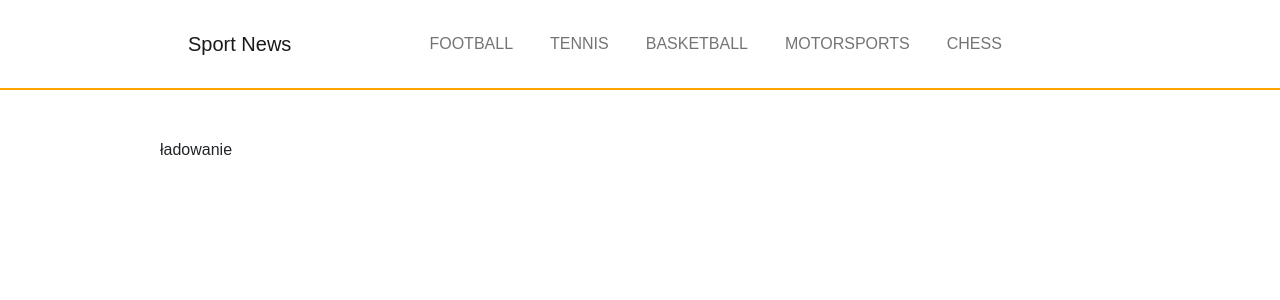
Repository: michalgornicki/sportnews
Page: /
These files come from the project's save history. The page is drawn as it stood at one moment and after the next save; the edit follows.
The browser window is 1280 px wide. The pictures show the whole page.
The page's requests for data from a server got no answer. The project was rebuilt for these pictures with package versions that can differ from the ones it lists, and the page was loaded fresh each time. No one was signed in, and anything a server would have sent is missing. Also part of the build but not shown: src/components/posts/Post.jsx.

Above is the page before, as saved 2022-03-02 08:38:59.

### src/App.jsx
import React, { useState, useEffect } from "react";
import { Route, HashRouter as Router, Routes } from "react-router-dom";
import "./App.scss";
import "bootstrap/dist/css/bootstrap.min.css";
import Navbar from "react-bootstrap/Navbar";
import Nav from "react-bootstrap/Nav";
import Container from "react-bootstrap/Container";
import Home from "./components/Home.jsx";
import Post from "./components//posts/Post.jsx";
import { Link } from "react-router-dom";


function App() {



    const [Posts, setPosts] = useState();
    const [Photos, setPhotos] = useState();
    const [Comments, setComments] = useState();

    useEffect(() => {
      fetch("https://jsonplaceholder.typicode.com/posts")
        .then((response) => response.json())
        .then((json) => setPosts(json));

      fetch("https://jsonplaceholder.typicode.com/photos")
        .then((response) => response.json())
        .then((json) => setPhotos(json));

        fetch("https://jsonplaceholder.typicode.com/comments")
        .then((response) => response.json())
        .then((json) => setComments(json));
    }, []);

  return (
    <Router>
      <>
        <Navbar className="navbar py-4" bg="white" expand="lg">
          <Container className="w-75 m-auto">
            <Link className="link" to="/">
            <Navbar.Brand className="px-3">
              Sport News
            </Navbar.Brand>
            </Link>
            <Navbar.Toggle aria-controls="basic-navbar-nav" />
            <Navbar.Collapse id="basic-navbar-nav">
              <Nav className="nav m-auto w-75 justify-content-between">
                <Nav.Link href="#link">FOOTBALL</Nav.Link>
                <Nav.Link href="#link">TENNIS</Nav.Link>
                <Nav.Link href="#link">BASKETBALL</Nav.Link>
                <Nav.Link href="#link">MOTORSPORTS</Nav.Link>
                <Nav.Link href="#link">CHESS</Nav.Link>
              </Nav>
            </Navbar.Collapse>
          </Container>
        </Navbar>

        <Routes>
          <Route path="/" element={<Home Posts={Posts} Photos={Photos} Comments={Comments} />} />
          <Route path="/posts/:id" element={<Post Posts={Posts} Photos={Photos} Comments={Comments} />} />
        </Routes>

      </>
    </Router>
  );
}

export default App;

### src/App.scss
$mainColor: black;
$secondaryColor: rgb(255, 255, 255);
$hoverColor: rgb(255, 161, 74);
$myFont: Arial, Helvetica, sans-serif;

body{
  font-family: $myFont!important;
}

.post:nth-child(7n-6) {
  width: 65%;
}

.post:nth-child(7n-5) {
  width: 32%;
}

.post:nth-child(7n-4) {
  width: 48%;
}

.post:nth-child(7n-3) {
  width: 48%;
}

.post {
  color: $mainColor;
  font-family: "Gill Sans", "Gill Sans MT", Calibri, "Trebuchet MS", sans-serif;
  width: 30%;
  cursor: pointer;
  margin-top: 1rem;
}

.post--hover:hover {
  color: $hoverColor;
}

.post__title {
  font-weight: 900;
  font-size: 1.5rem;
  text-transform: uppercase;
}

.post:nth-child(7n-6) .post__title {
  font-size: 3rem;
}

.post:nth-child(7n-6) .post__image, .post:nth-child(7n-5) .post__image, .post:nth-child(7n-4) .post__image, .post:nth-child(7n-3) .post__image {
  height: 450px;
}

.post__image {
  width: 100%;
  height: 250px;
}

.post__body {
  font-size: 2rem;
  margin-top: 4rem;
  margin-bottom: 4rem;
}

.post__body--uppercase::first-letter{
  text-transform: capitalize;
}

.link{
  color: initial;
  text-decoration: initial;
}

.link:hover{
  color: $hoverColor;
}

.comment{
  width: 50%;
  margin-top: 1rem;
  margin-bottom: 1rem;
  margin-left: 2rem;
}

.comment__name{
  color: rgb(0, 89, 172);
  font-weight: 600;
}

.comment__name:first-letter{
  text-transform: capitalize;
}

.comment__body{
  font-weight: 100;
}

.comment__body:first-letter{
  text-transform: capitalize;
}

.comment__button{
  color: rgb(0, 89, 172);
  cursor: pointer;
}

.input{
  width: 50%;

}

.input__field{
  height: 6rem;
}

.input__button{

}

.navbar{
  border-bottom: 2px solid orange;
}

$breakpoint-tablet: 1000px;
@media (max-device-width: $breakpoint-tablet), (max-width: $breakpoint-tablet) {
  .post, .post:nth-child(7n-6), .post:nth-child(7n-5) {
    width: 100%;
  }

  .post:nth-child(7n-6) .post__image, .post:nth-child(7n-5) .post__image, .post__image {
    height: 450px;
  }

}

### src/components/Home.jsx
import React, { useState, useEffect } from "react";
import { Link } from "react-router-dom";
import { useLocation } from "react-router-dom";


function Home(props) {

  const { pathname } = useLocation();

  useEffect(() => {
    window.scrollTo(0, 0);
  }, [pathname]);


  return (
    <>
      <div className="w-75 d-flex flex-wrap justify-content-between m-auto pt-5">
        {props.Posts && props.Photos ? (
          props.Posts.map((item, id) => (
            <div className="post post--hover">
            <Link className="link" to={"/posts/" + item.id}>

              <img className="post__image" src={props.Photos[id].url} alt="" />
              <div className="post__title">{item.title}</div>
            </Link>

            </div>
          ))
        ) : (
          <div className="post__loading">ładowanie</div>
        )}
      </div>
    </>
  );
}

export default Home;

Loaded but not shown: public/index.html (common file); src/index.js (common file); src/index.css (common file); src/reportWebVitals.js (common file)

After the next save:
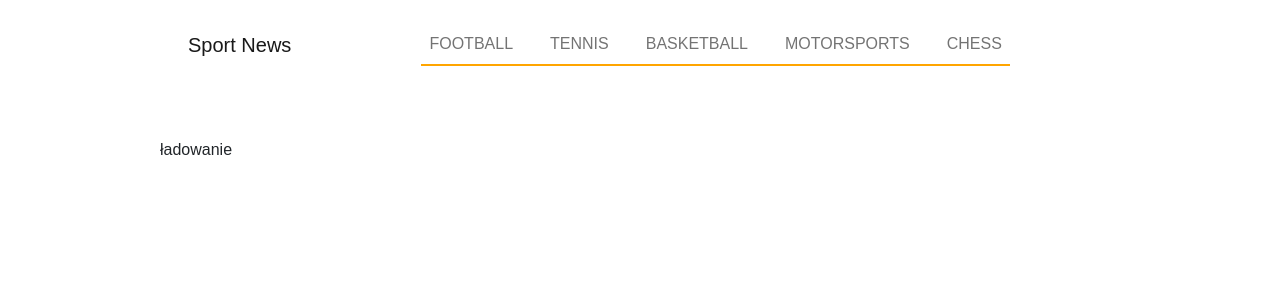
Saved 7 s later.
--- a/src/App.scss
+++ b/src/App.scss
@@ -115,7 +115,7 @@ body{
 
 }
 
-.navbar{
+.nav{
   border-bottom: 2px solid orange;
 }
 
